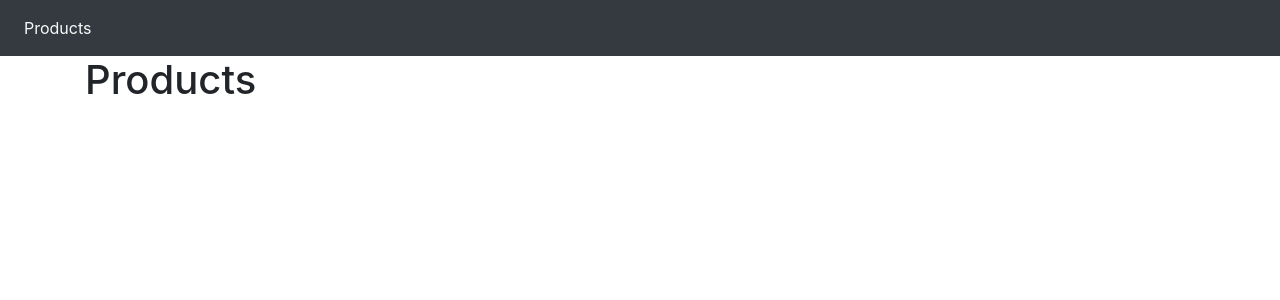
Repository: Aniksaha19/curd
Page: http://localhost/
These files come from the project's save history. The page is drawn as it stood at one moment and after the next save; the edit follows.
The browser window is 1280 px wide. The pictures show the whole page.
The page is served by the project's Laravel application, run on PHP 8.4 with Laravel 10.

Above is the page before, as saved 2023-06-01 16:35:11.

After the next save:
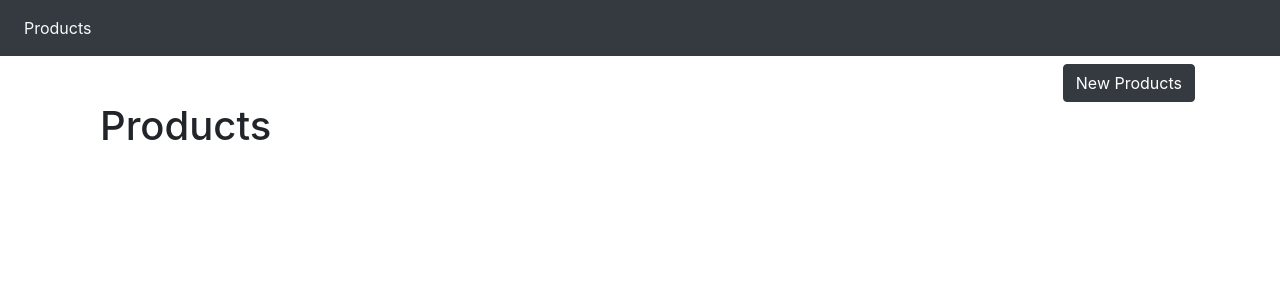
Saved 10 s later.
--- a/resources/views/products/index.blade.php
+++ b/resources/views/products/index.blade.php
@@ -21,6 +21,10 @@
             </ul>
         </nav>
         <div class="container">
+            <div class="text-right">
+                <a href="product/create" class="btn btn-dark mt-2">New Products</a>
+            </div>
+        <div class="container">
             <h1>Products</h1>
         </div>
 </body>
